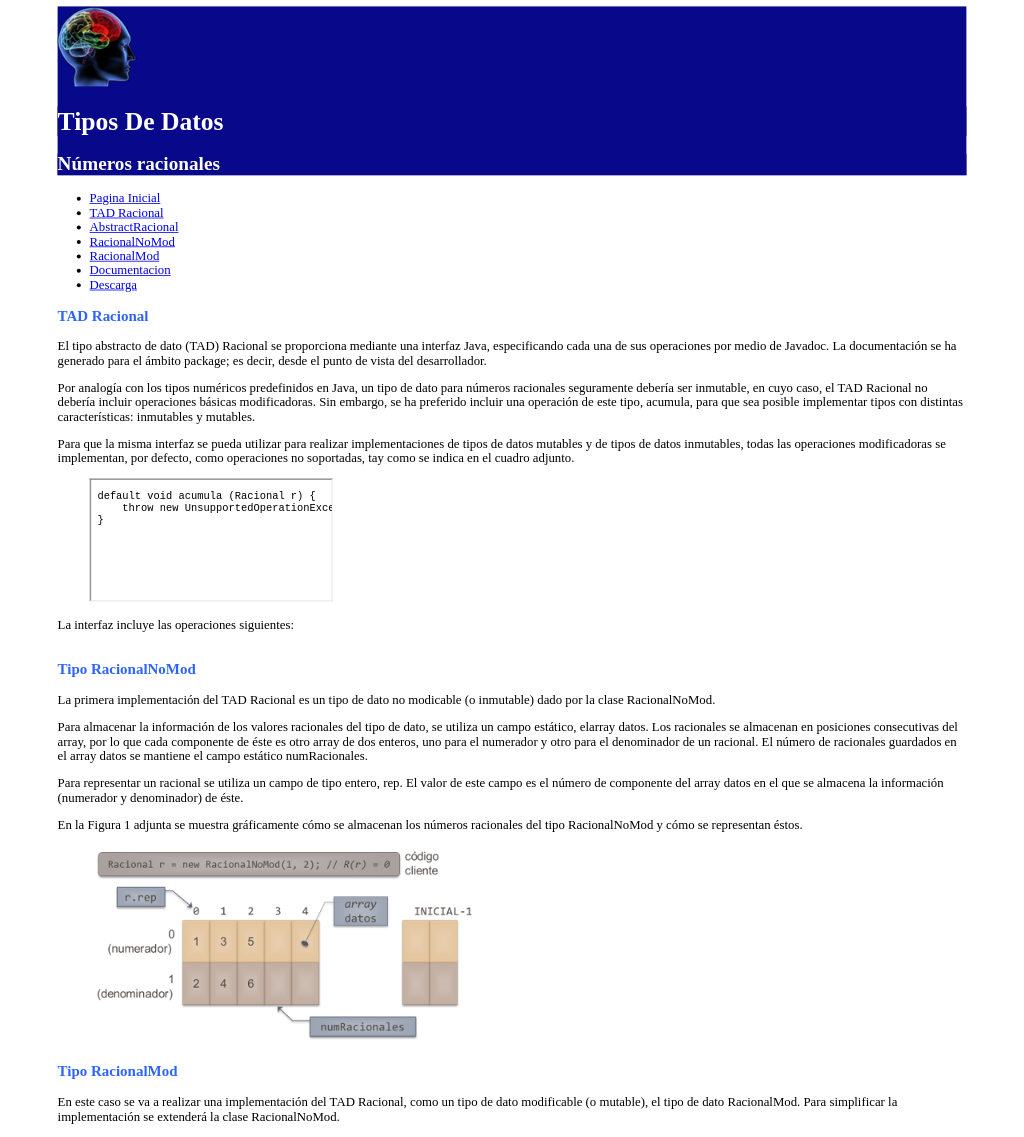
Repository: dgsama/Curso17
Page: SEW/WorkSpace/Practica02/html/index.html
These files come from the project's save history. The page is drawn as it stood at one moment and after the next save; the edit follows.
The browser window is 1280 px wide. The pictures show the whole page, at 80% of full size.

Above is the page before, as saved 2016-10-05 10:41:44.

### SEW/WorkSpace/Practica02/html/index.html
<!DOCTYPE html>
<html lang="es">
<head>
<meta http-equiv="Content-Type" content="text/html; charset=utf8">
<link rel="stylesheet" type="text/css" href="css/estDatos.css">

<title>Tipo de Datos</title>
</head>
<body>
    <header>
        <img src="..\logo.png"> </img>
        <h1>Tipos De Datos</h1>
        <h2>Números racionales</h2>
    </header>

    <nav>
        <ul>
            <li><a href="index.html">Pagina Inicial</a></li>
            <li><a href="Racional.html">TAD Racional</a></li>
            <li><a href="AbstractRacional.html">AbstractRacional</a></li>
            <li><a href="RacionalNoMod.html">RacionalNoMod</a></li>
            <li><a href="RacionalMod.html">RacionalMod</a></li>
            <li><a href="Documentacion.html">Documentacion</a></li>
            <li><a href="Racionales.zip">Descarga</a></li>
        </ul>
    </nav>

    <section>
        <h3>TAD Racional</h3>
        <p>El tipo abstracto de dato (TAD) Racional se proporciona
            mediante una interfaz Java, especificando cada una de sus
            operaciones por medio de Javadoc. La documentación se ha
            generado para el ámbito package; es decir, desde el punto de
            vista del desarrollador.</p>
        <p>Por analogía con los tipos numéricos predefinidos en
            Java, un tipo de dato para números racionales seguramente
            debería ser inmutable, en cuyo caso, el TAD Racional no
            debería incluir operaciones básicas modificadoras. Sin
            embargo, se ha preferido incluir una operación de este tipo,
            acumula, para que sea posible implementar tipos con
            distintas características: inmutables y mutables.</p>
        <P>Para que la misma interfaz se pueda utilizar para
            realizar implementaciones de tipos de datos mutables y de
            tipos de datos inmutables, todas las operaciones
            modificadoras se implementan, por defecto, como operaciones
            no soportadas, tay como se indica en el cuadro adjunto.</p>

        <figure>
            <iframe src="..\noSoportado.html"> </iframe>
        </figure>

        <p>La interfaz incluye las operaciones siguientes:</p>
        <figure>
            <table>
            </table>
        </figure>

        <h3>Tipo RacionalNoMod</h3>
        <p>La primera implementación del TAD Racional es un tipo de
            dato no modicable (o inmutable) dado por la clase
            RacionalNoMod.</p>
        <p>Para almacenar la información de los valores racionales
            del tipo de dato, se utiliza un campo estático, elarray
            datos. Los racionales se almacenan en posiciones
            consecutivas del array, por lo que cada componente de éste
            es otro array de dos enteros, uno para el numerador y otro
            para el denominador de un racional. El número de racionales
            guardados en el array datos se mantiene el campo estático
            numRacionales.</p>
        <p>Para representar un racional se utiliza un campo de tipo
            entero, rep. El valor de este campo es el número de
            componente del array datos en el que se almacena la
            información (numerador y denominador) de éste.</p>
        <p>En la Figura 1 adjunta se muestra gráficamente cómo se
            almacenan los números racionales del tipo RacionalNoMod y
            cómo se representan éstos.</p>
        <figure>
            <img src="..\areaDatos.png">
        </figure>

        <h3>Tipo RacionalMod</h3>
        <p>En este caso se va a realizar una implementación del TAD
            Racional, como un tipo de dato modificable (o mutable), el
            tipo de dato RacionalMod. Para simplificar la implementación
            se extenderá la clase RacionalNoMod.</p>
    </section>


</body>

</html>

### SEW/WorkSpace/Practica02/html/css/estDatos.css
@charset "UTF-8";

#code iframe {
    width: 100%;
    height: 650px;
}

html {
    width:90%;
    margin: auto;
}

header {
    background-color: #08088A;
}

h1 {
    color: white;
    background-color: #08088A;
}

h2 {
    color: white;
    background-color: #08088A;
}

h3 {
    color: #2E64FE;
}

### SEW/WorkSpace/Practica02/noSoportado.html
<!DOCTYPE html>
<html xmlns="http://www.w3.org/1999/xhtml" lang="es" xml:lang="es">
<head>
<meta charset="UTF-8"/>
<title>Operación no soportada</title>
</head>
<body>
    <pre><code class="source" lang="en"
    xml:lang="en">default void acumula (Racional r) {
    throw new UnsupportedOperationException();
}</code></pre>
</body>
</html>

After the next save:
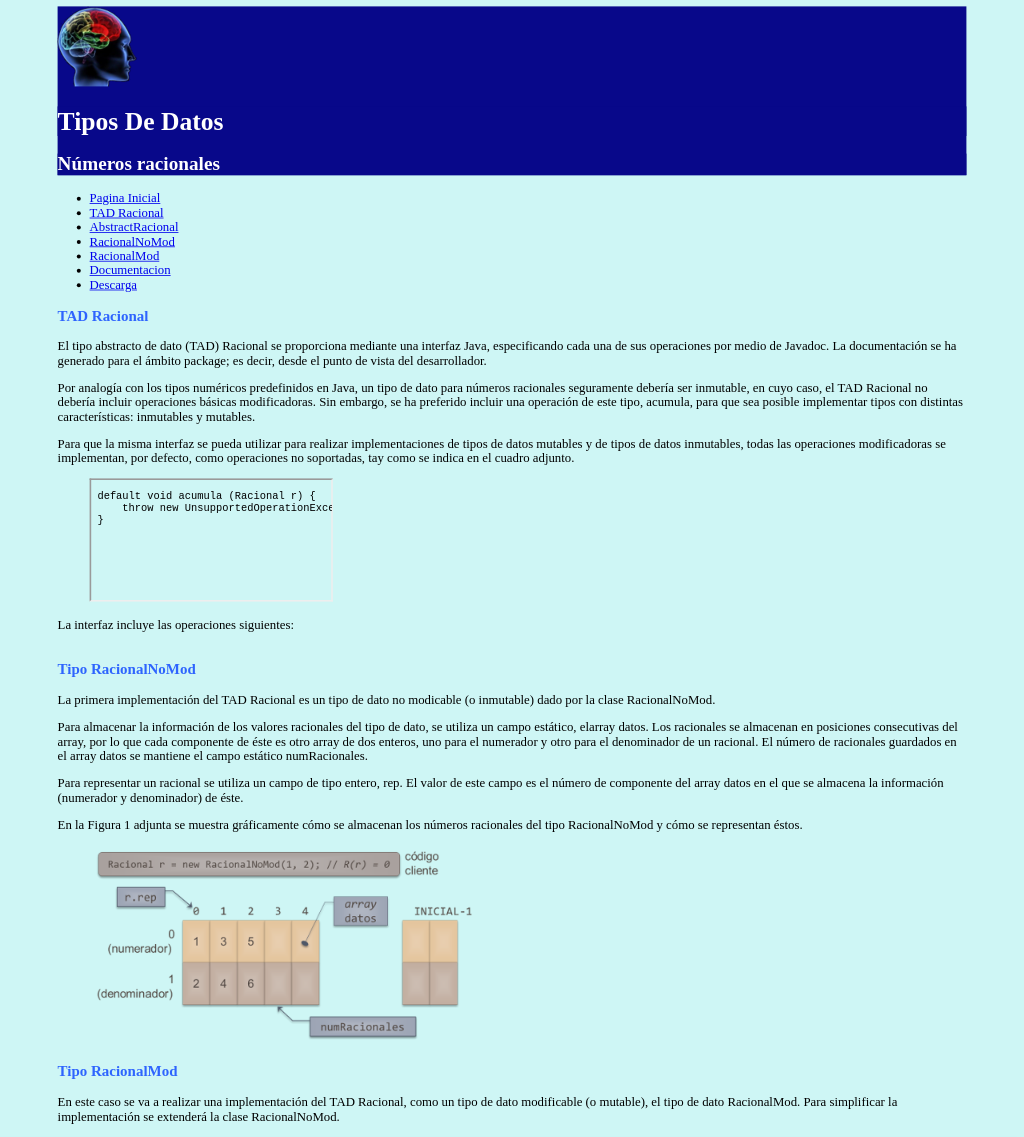
Saved 27 s later.
--- a/SEW/WorkSpace/Practica02/html/css/estDatos.css
+++ b/SEW/WorkSpace/Practica02/html/css/estDatos.css
@@ -8,6 +8,7 @@
 html {
     width:90%;
     margin: auto;
+    background-color: #CEF6F5;
 }
 
 header {
